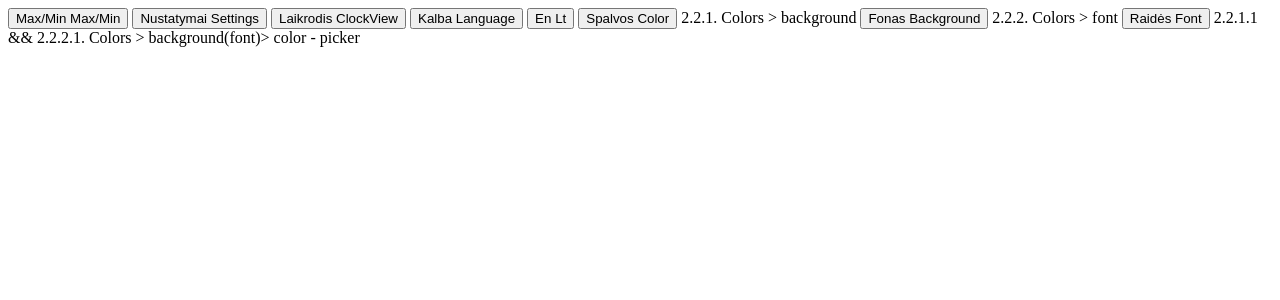
Repository: Skaidrius/WordClock
Page: directives/clock-buttons.html
The author's editor kept a record of every edit. The page is drawn from the files as they stood at one moment, then again after the next edit.
The browser window is 1280 px wide. The pictures show the whole page.

Above is the page before.

After the next edit:
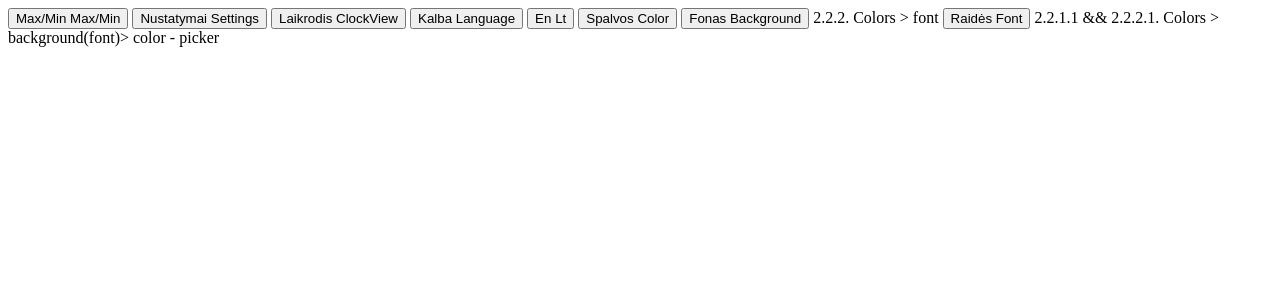
The edit:
--- a/directives/clock-buttons.html
+++ b/directives/clock-buttons.html
@@ -36,7 +36,7 @@
     <span ng-show="en">Color</span>
 </button>
 
-2.2.1. Colors > background
+<!--2.2.1. Colors > background-->
 <button ng-show="change && sets && color" ng-click="picker=!picker">
     <span ng-show="lt">Fonas</span>
     <span ng-show="en">Background</span>
